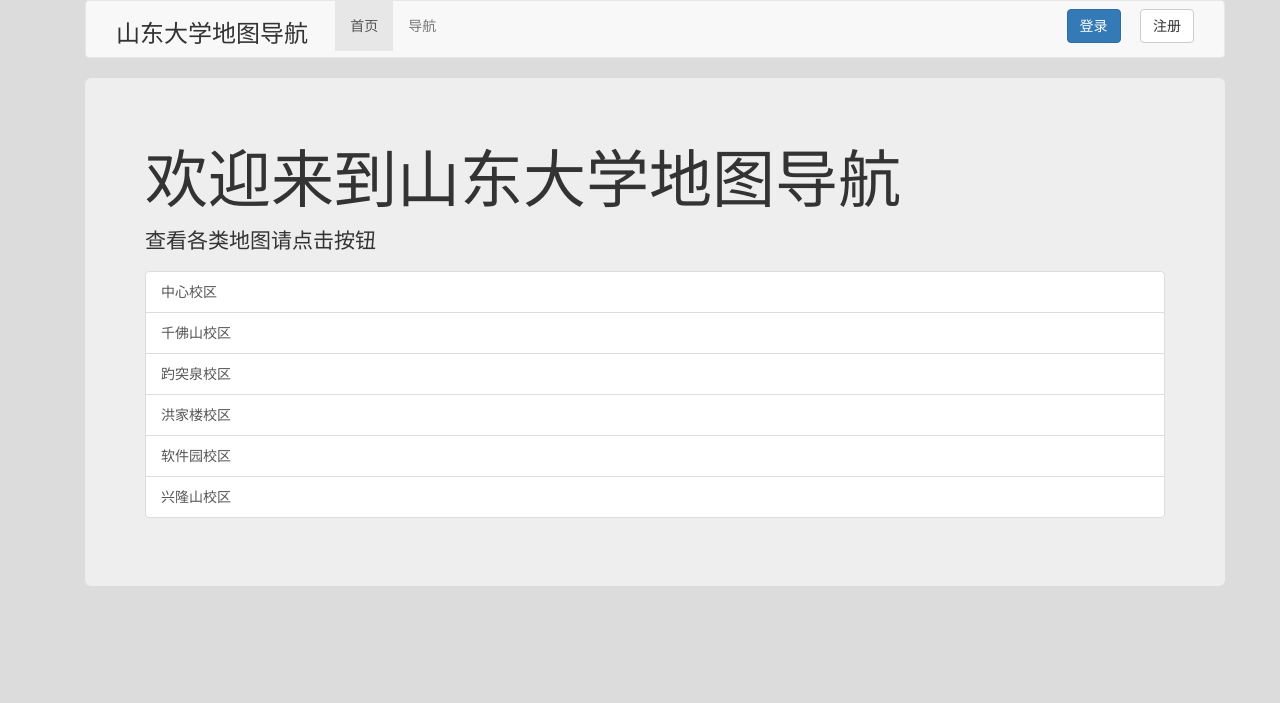
Repository: hhjswhh/JavaEE-experience
Page: http://localhost/SDUMap/
These files come from the project's save history. The page is drawn as it stood at one moment and after the next save; the edit follows.
The browser window is 1280 px wide. The pictures show the whole page.
The page is served by Tomcat 9. Other server files are loaded and not shown.

Above is the page before, as saved 2017-05-03 12:16:03.

### SDUMap/WebRoot/index.jsp
<%@ page language="java" import="java.util.*" pageEncoding="utf-8"%>
<%
	String path = request.getContextPath();
	String basePath = request.getScheme() + "://"
			+ request.getServerName() + ":" + request.getServerPort()
			+ path + "/";
%>

<!DOCTYPE HTML PUBLIC "-//W3C//DTD HTML 4.01 Transitional//EN">
<html>

<head>
<base href="<%=basePath%>">

<title>My JSP 'index.jsp' starting page</title>
<meta http-equiv="pragma" content="no-cache">
<meta http-equiv="cache-control" content="no-cache">
<meta http-equiv="expires" content="0">
<meta http-equiv="keywords" content="keyword1,keyword2,keyword3">
<meta http-equiv="description" content="This is my welcome page">

<!--
	<link rel="stylesheet" type="text/css" href="styles.css">
	-->
<!-- Bootstrap -->
<link href="bootstrap.min.css" rel="stylesheet">

</head>

<body style="height:100%;background-color: gainsboro;">

	<!-- nav start -->
	<div class="container">
		<!-- <nav class="navbar navbar-default">
		<div class="container-fluid">
			Collect the nav links, forms, and other content for toggling
			<div class="collapse navbar-collapse"
				id="bs-example-navbar-collapse-1">
				<ul class="nav navbar-nav">
					<li class="active"><a href="index.jsp">首页<span
							class="sr-only">(current)</span>
					</a></li>
					<li class="navbar-right"><a href="#">导航</a></li>

				</ul>
				<div class="navbar-form navbar-right">
					<a class="btn btn-primary" href="Login.html">登录</a> <a
						class="btn btn-default" href="Registe.html">注册</a>
				</div>
			</div>
		</div>
		</nav>
 -->
 		<%@ include file="Navbar.jsp" %>
	<!-- nav end -->

	<div class="container">
		<div class="jumbotron">
			<h1 class="">欢迎来到山东大学地图导航</h1>
			<p>查看各类地图请点击按钮</p>
			<p>
			<div class="list-group">
				<a href="zxschool.jsp" class="list-group-item">中心校区</a> <a
					href="qfsschool.jsp" class="list-group-item">千佛山校区</a> <a
					href="btqschool.jsp" class="list-group-item">趵突泉校区</a> <a
					href="hjlschool.jsp" class="list-group-item">洪家楼校区</a> <a
					href="rjyschool.jsp" class="list-group-item">软件园校区</a> <a
					href="xlsschool.jsp" class="list-group-item">兴隆山校区</a>
			</div>
			</p>
		</div>
	</div>

	</div>
</body>

</html>

### SDUMap/WebRoot/Navbar.jsp
<%@ page language="java" import="java.util.*" pageEncoding="UTF-8"%>


<!DOCTYPE HTML PUBLIC "-//W3C//DTD HTML 4.01 Transitional//EN">
<html>
  <head>

    <title>My JSP 'Navbar.jsp' </title>

	<meta http-equiv="pragma" content="no-cache">
	<meta http-equiv="cache-control" content="no-cache">
	<meta http-equiv="expires" content="0">
	<meta http-equiv="keywords" content="keyword1,keyword2,keyword3">
	<meta http-equiv="description" content="This is my navbar">
	<link rel="stylesheet" type="text/css" href="bootstrap.min.css">

  </head>

  <body style="height:100%;background-color: gainsboro;">
		<div class="container">
		<nav class="navbar navbar-default">
				<div class="container-fluid">
					<!-- Collect the nav links, forms, and other content for toggling -->
					<div class="collapse navbar-collapse" id="bs-example-navbar-collapse-1">
						<ul class="nav navbar-nav">
							<li class="navbar-left">
								<h3>山东大学地图导航</h3>
							</li>
							<li>
								 &nbsp &nbsp &nbsp &nbsp
							</li>
							<li class="active">
								<a href="index.jsp">首页<span class="sr-only">(current)</span></a>
							</li>
							<li class="navbar-right">
								<a href="#">导航</a>
							</li>

						</ul>
						<div class="navbar-form navbar-right">
							<a class="btn btn-primary" href="Login.html">登录</a>
							&nbsp &nbsp
							<a class="btn btn-default" href="Register.html">注册</a>
						</div>
					</div>
				</div>
			</nav>

	</div>
	</body>

</html>

Loaded but not shown: SDUMap/WebRoot/bootstrap.min.css (library)

After the next save:
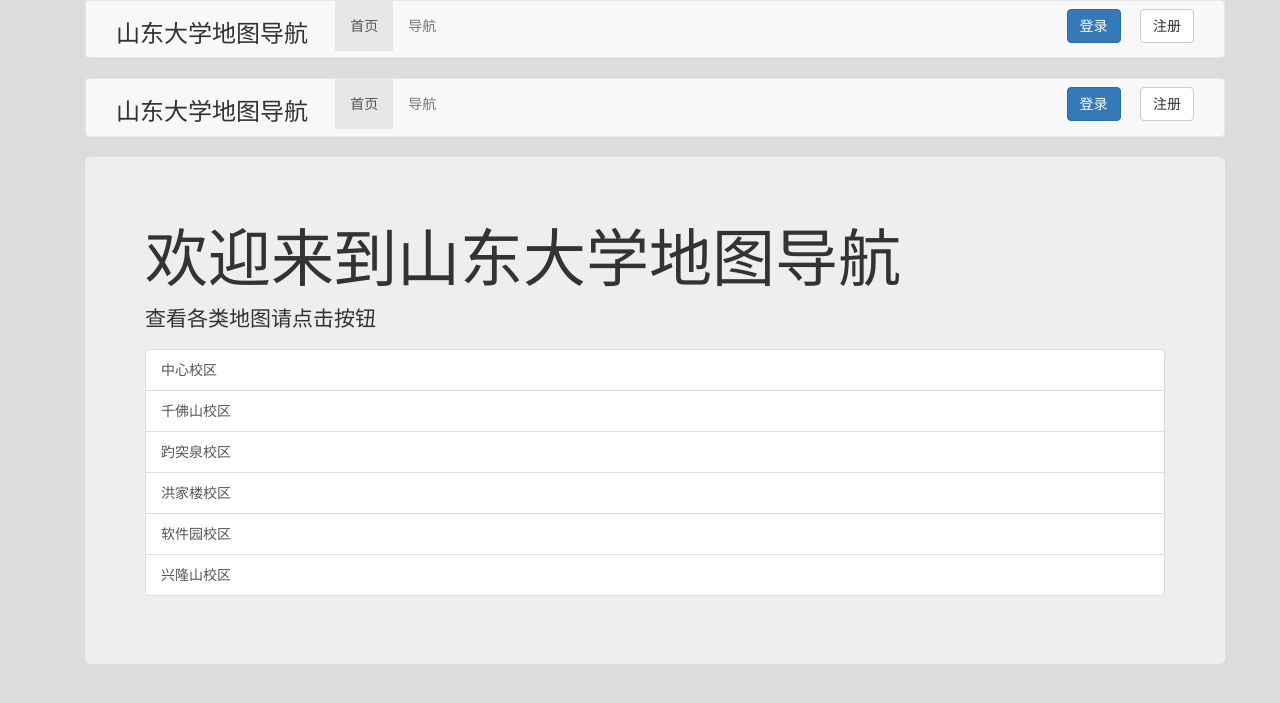
Saved 74 s later.
--- a/SDUMap/WebRoot/index.jsp
+++ b/SDUMap/WebRoot/index.jsp
@@ -52,6 +52,7 @@
 		</nav>
  -->
  		<%@ include file="Navbar.jsp" %>
+ 		<jsp:include page="Navbar.jsp"></jsp:include>
 	<!-- nav end -->
 
 	<div class="container">

After the save that followed:
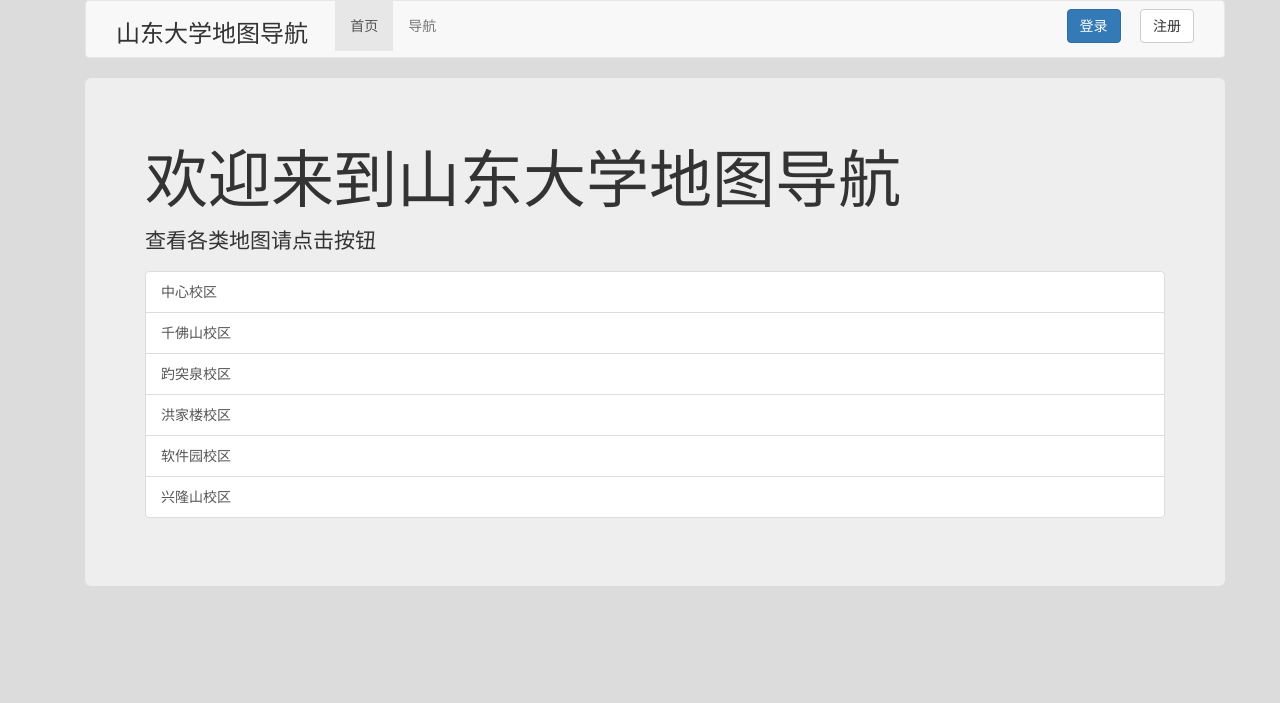
Saved 17 s later.
--- a/SDUMap/WebRoot/index.jsp
+++ b/SDUMap/WebRoot/index.jsp
@@ -51,7 +51,6 @@
 		</div>
 		</nav>
  -->
- 		<%@ include file="Navbar.jsp" %>
  		<jsp:include page="Navbar.jsp"></jsp:include>
 	<!-- nav end -->
 
